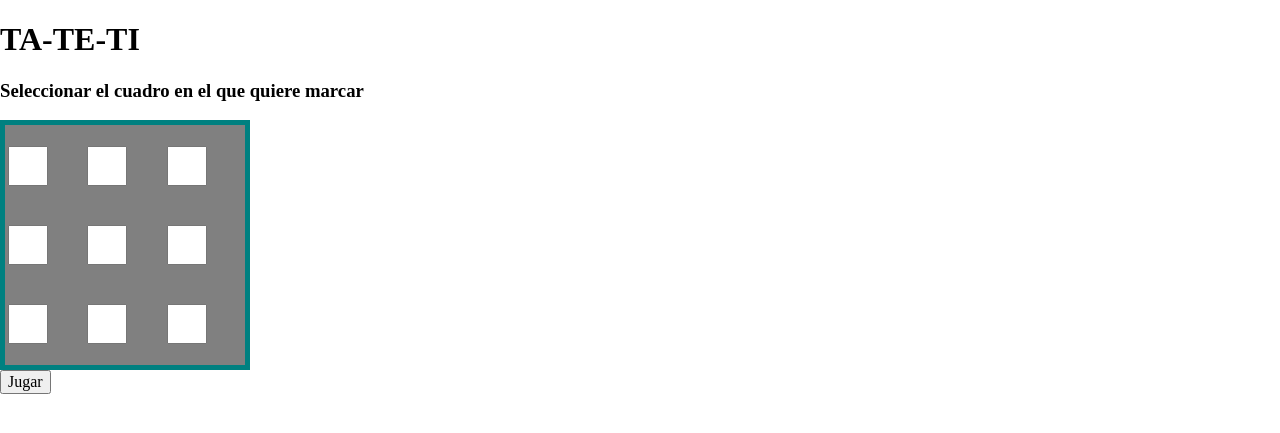
Repository: Lean97-start/TATETI
Page: Tateti.html
These files come from the project's save history. The page is drawn as it stood at one moment and after the next save; the edit follows.
The browser window is 1280 px wide. The pictures show the whole page.

Above is the page before, as saved 2021-03-30 12:27:43.

After the next save:
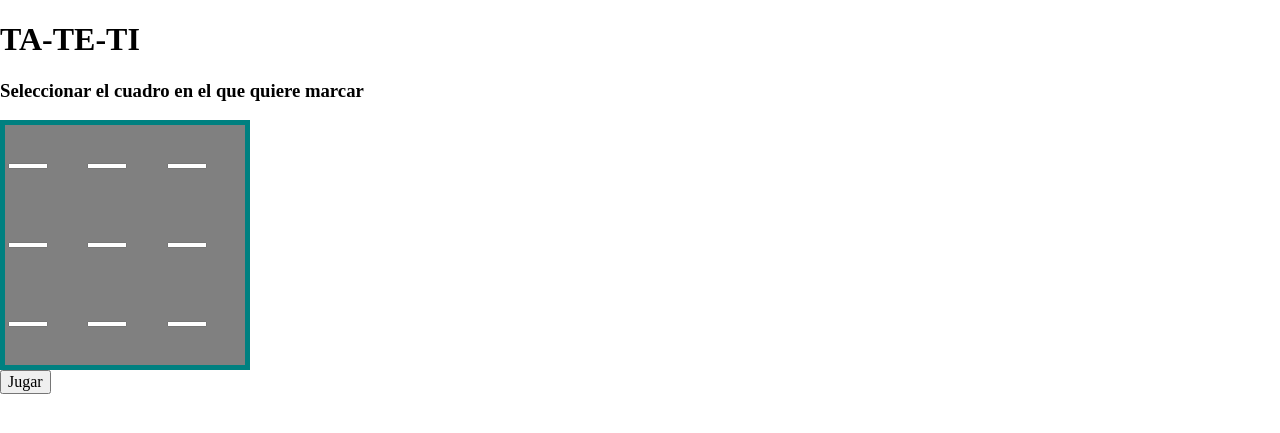
Saved 87 s later.
--- a/Tateti.css
+++ b/Tateti.css
@@ -7,7 +7,7 @@
     width: 250px;
 }
 .entradas{
-    height: 40px;
+    height: 0px;
     width: 40px;
     box-sizing: border-box;
     margin: auto;
